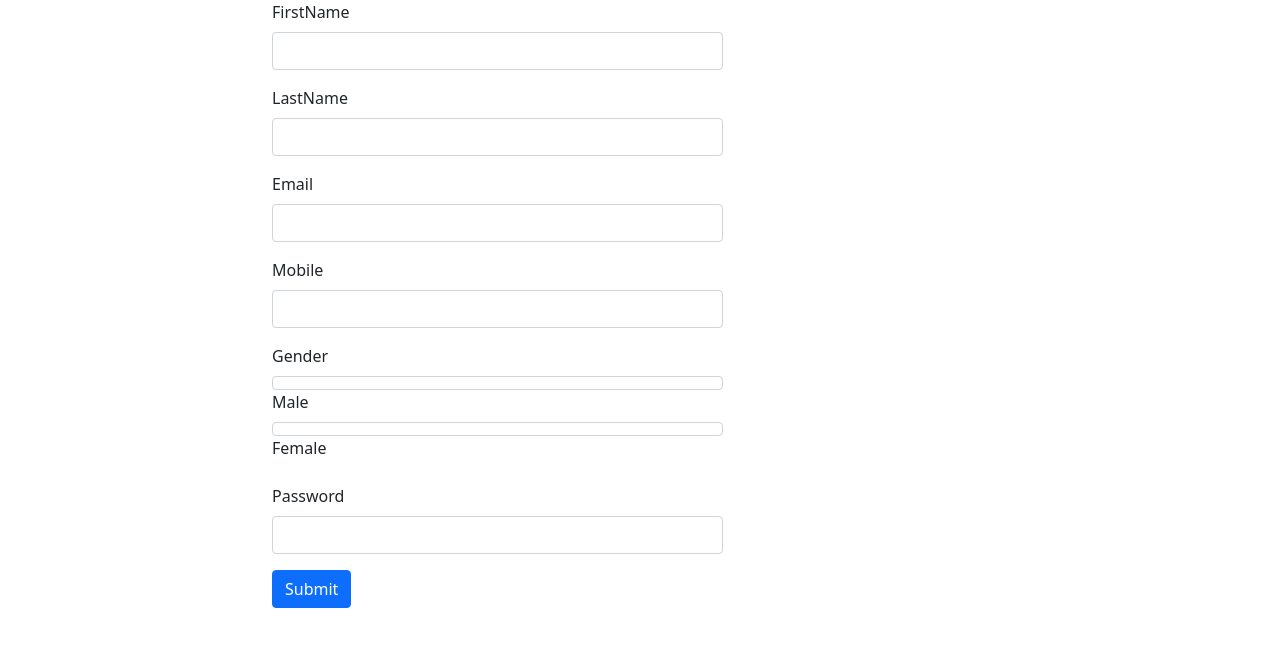
Repository: 2001Yogi/JavaWebAssignment
Page: http://localhost/StudentInformation/
An editor plug-in stored every save of this project. The page is shown before and after the next save, followed by the edit.
The browser window is 1280 px wide. The pictures show the whole page.
The page is served by Tomcat 9.

Above is the page before, as saved 2024-09-17 13:05:06.

After the next save:
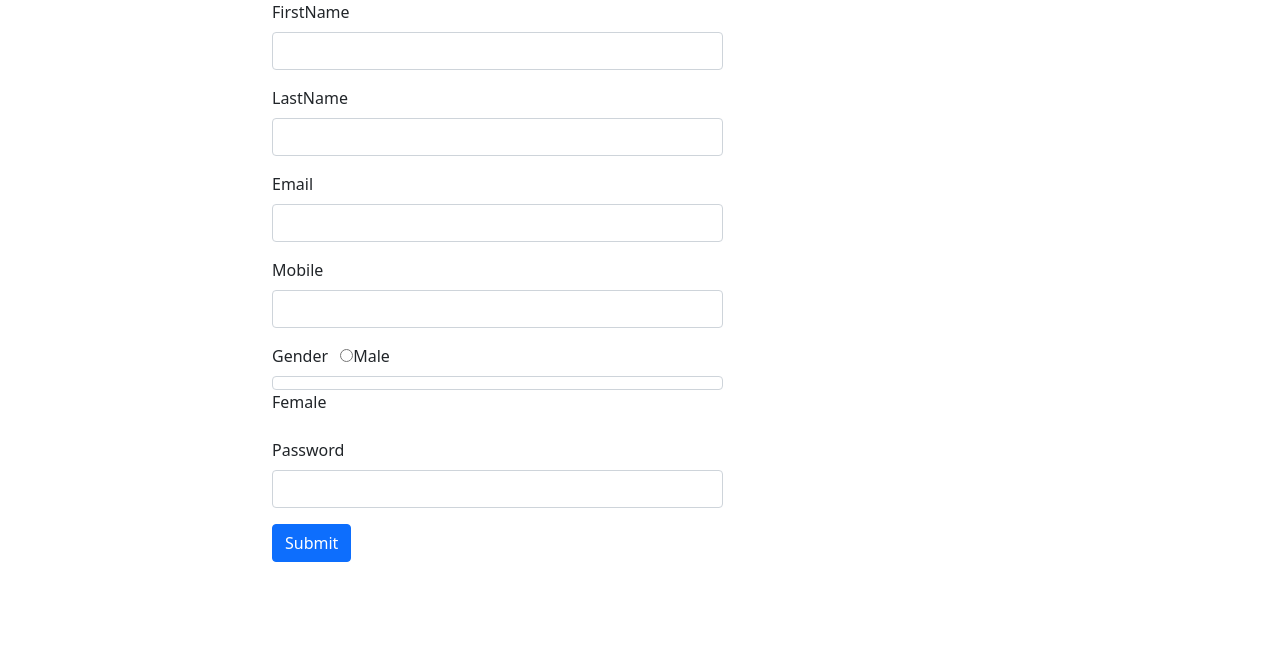
Saved 103 s later.
--- a/StudentInformation/src/main/webapp/index.jsp
+++ b/StudentInformation/src/main/webapp/index.jsp
@@ -47,7 +47,7 @@
 					</div>
 					<div class="mb-3">
 						<label class="me-2 form-label">Gender</label>
-							<input type="radio" class="form-control" name="gender"><label class="form-label">Male</label>
+							<input type="radio"  name="gender"><label class="form-label">Male</label>
 							<input type="radio" class="form-control" name="gender"><label class="me-2 form-label">Female</label>
 					</div>
 					<div class="mb-3">
